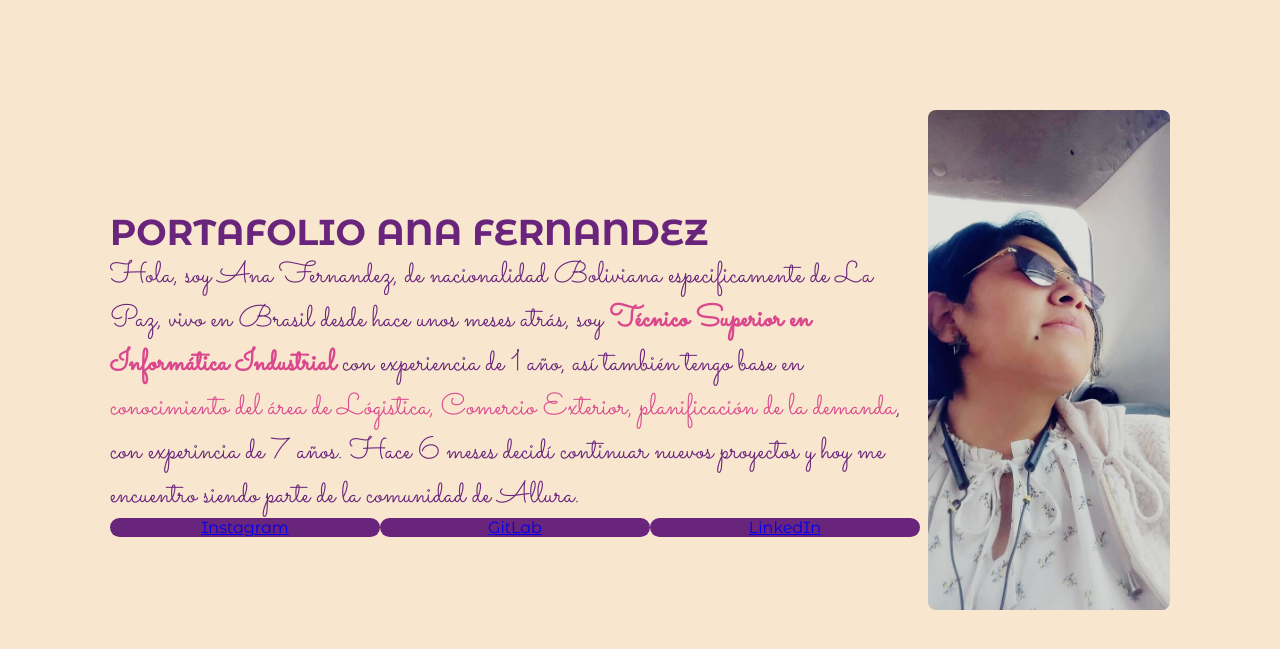
Repository: AnaFzCz/PROYECTOS-HTML---CSS2
Page: Portafolio/index.html
An editor plug-in stored every save of this project. The page is shown before and after the next save, followed by the edit.
The browser window is 1280 px wide. The pictures show the whole page.

Above is the page before, as saved 2025-01-27 05:12:39.

### Portafolio/index.html
<!DOCTYPE html>
<html lang="en">

<head>
    <meta charset="UTF-8">
    <meta http-equiv="X-UA-Compatible" content="IE=edge">
    <meta name="viewport" content="width=device-width, initial-scale=1.0">
    <title>Portafolio</title>
    <link rel="stylesheet" href="style.css">
</head>

<body>
    <header>

    </header>
    <main class="presentacion">
        <div class="container responsivo-container">
            <h1 class="presentacion_titulo">PORTAFOLIO ANA FERNANDEZ</h1>
            <p class="presentacion_parrafo">Hola, soy Ana Fernandez, de nacionalidad Boliviana especificamente de La
                Paz, vivo en Brasil desde hace
                unos meses atrás, soy <strong class="destacar">Técnico Superior en Informática Industrial</strong> con
                experiencia de 1 año, así también tengo base en <span>conocimiento del área de Lógistica, Comercio
                    Exterior, planificación de la demanda</span>, con experincia de 7 años. Hace 6 meses decidí
                continuar nuevos proyectos y hoy me encuentro siendo parte de la comunidad de Allura.</p>

            <div class="presentacion_links">
                <a class="presentacion_links_link" href="https://instagram.com/anafzcz">Instagram</a>
                <a class="presentacion_links_link" href="https://github.com/AnaFzCz">GitLab</a>
                <a class="presentacion_links_link" href="https://linkedin.com/in/ana-fernandez-cruz-238787124">LinkedIn</a>
            </div>
        </div>
        <img src="mindfullness.jpg" alt="myself" style="width:250px;height: 500px;">
    </main>
    <footer></footer>
</body>

</html>

### Portafolio/style.css
@import url('https://fonts.googleapis.com/css2?family=Montserrat+Alternates:ital,wght@0,100;0,200;0,300;0,400;0,500;0,600;0,700;0,800;0,900;1,100;1,200;1,300;1,400;1,500;1,600;1,700;1,800;1,900&family=Sacramento&display=swap');

/*Resetear configuraciones*/
* {
  margin: 0;
  padding: 0;
}

body {
  height: 100vh;
  display: flex;
  box-sizing: border-box;
  justify-content: center;
  align-items: center;
  background-color: #F9E6CF;
  color: #69247C;
  font-family: "Montserrat Alternates", serif;
  /*font-family: "papyrus";*/
}

/*p {
  margin: 10px;
  border: 2px solid purple;
  padding: 5px;
}*/

.destacar {
  color: #DA498D;
}

/*contenedor de las columnas*/
.presentacion {
  margin: 10%;
  display: flex;
  align-items: center;
  justify-content: space-between;

}

.container {
  display: flex;
  align-items: center;
  height: 300px;
  weight: 615px;
  ;
  /* Altura ajustável conforme necessário */
}

.responsivo-container {
  display: flex;
  flex-direction: row;
  flex-wrap: wrap;
}

span {
  color: #DA498D;
}




.presentacion_titulo {
  align-content: center;
  font-size: 36px;
  font-family: "Montserrat Alternates", serif;
}

.presentacion_parrafo {

  font-size: 30px;
  font-family: "Sacramento", serif;
  }

.presentacion_links{
  display: flex;
  justify-content: space-between;
}

.presentacion_links_link{
  background-color:#69247C;
  width: 270px;
  text-align: center;
  border-radius:16px;
}

/*

a {
  color: #22D4FD;
  border: 1px solid #22D4FD;
  padding: 10px;
  text-align: center;
}


.bot {
  margin-top: 20px;
  display: flex;
  justify-content: center;
}*/


img {
  border-radius: 8px;
  display: block;
  margin-left: auto;
  margin-right: auto;
}

img:hover {
  transform: scaleX(-1);
}

After the next save:
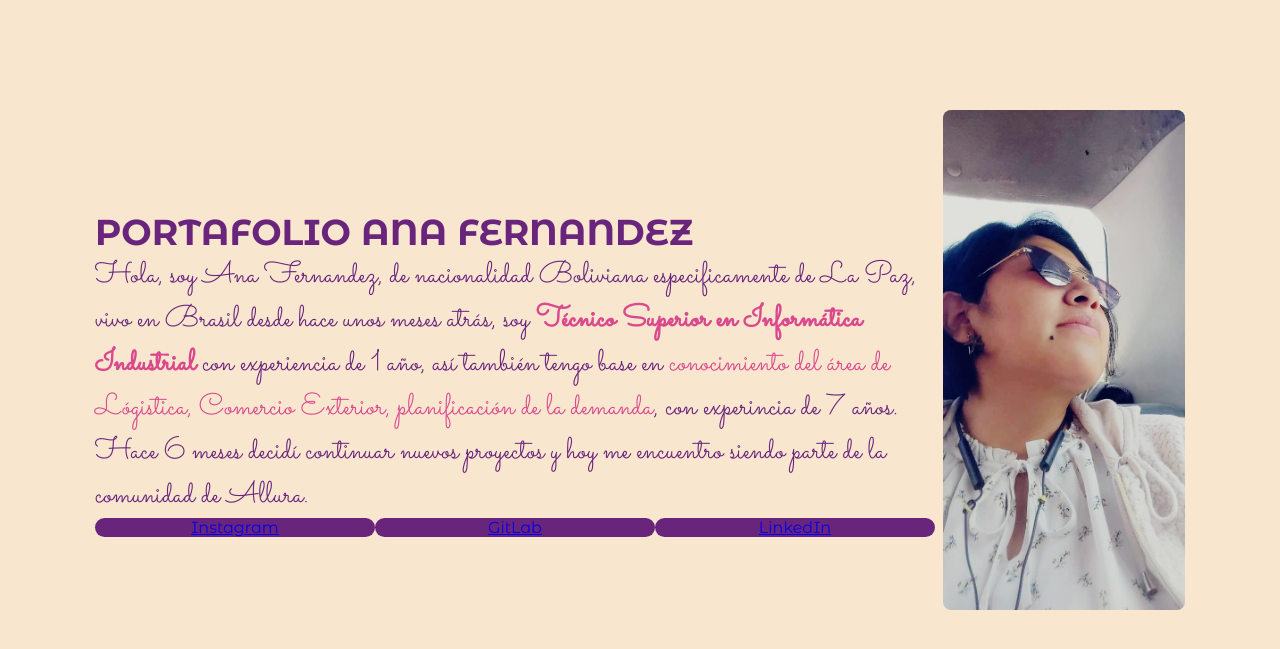
Saved 27 s later.
--- a/Portafolio/style.css
+++ b/Portafolio/style.css
@@ -78,7 +78,7 @@ span {
 
 .presentacion_links_link{
   background-color:#69247C;
-  width: 270px;
+  width: 280px;
   text-align: center;
   border-radius:16px;
 }
